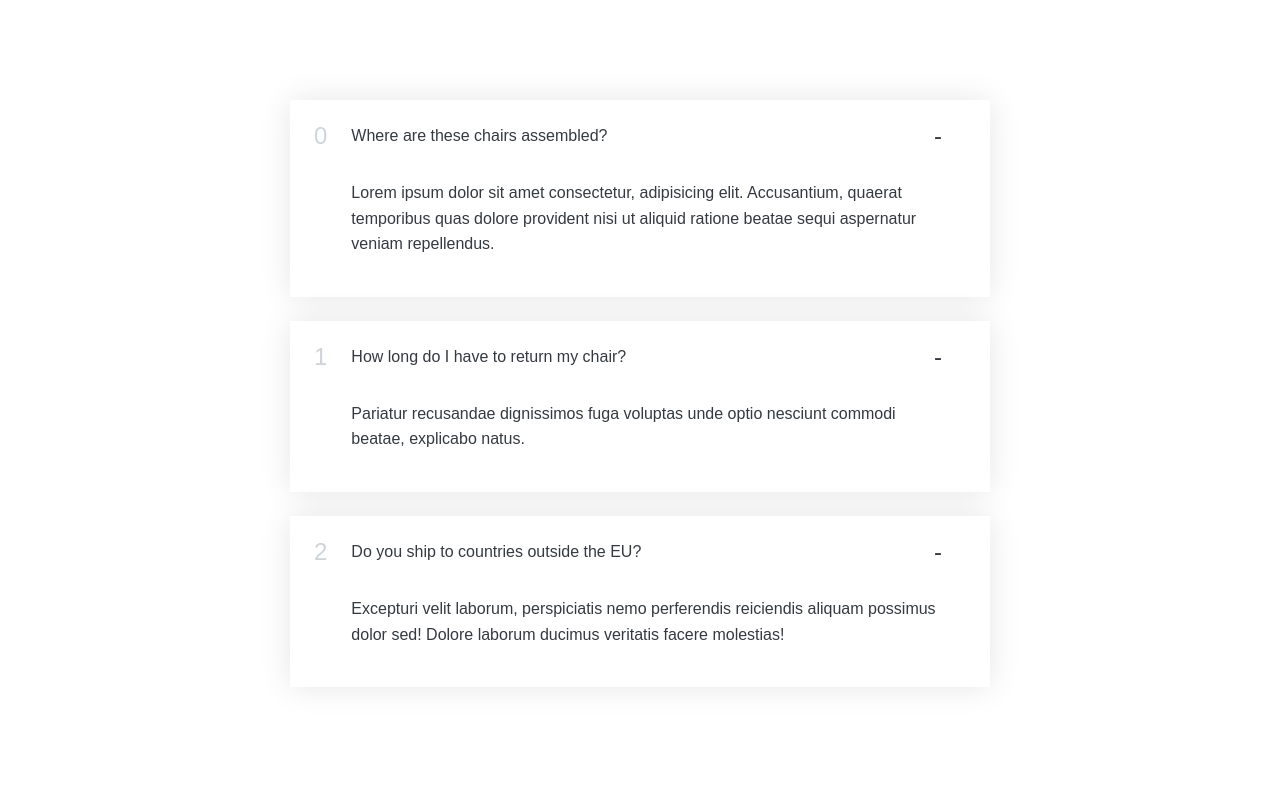
Repository: masamichan/accordion
Page: /
The author's editor kept a copy of each file at every save. The page is drawn from the files as they stood at one save, then again after the next save.
The browser window is 1280 px wide. The pictures show the whole page.
The project was rebuilt for these pictures with package versions that can differ from the ones it lists, and the page was loaded fresh each time.

Above is the page before, as saved 2024-01-09 19:40:01.

### src/App.js
import "./styles.css";

const faqs = [
  {
    title: "Where are these chairs assembled?",
    text: "Lorem ipsum dolor sit amet consectetur, adipisicing elit. Accusantium, quaerat temporibus quas dolore provident nisi ut aliquid ratione beatae sequi aspernatur veniam repellendus.",
  },
  {
    title: "How long do I have to return my chair?",
    text: "Pariatur recusandae dignissimos fuga voluptas unde optio nesciunt commodi beatae, explicabo natus.",
  },
  {
    title: "Do you ship to countries outside the EU?",
    text: "Excepturi velit laborum, perspiciatis nemo perferendis reiciendis aliquam possimus dolor sed! Dolore laborum ducimus veritatis facere molestias!",
  },
];

export default function App() {
  return (
    <div>
      <Accordion data={faqs} />
    </div>
  );
}

function Accordion({ data }) {
  return (
    <div className="accordion">
      {data.map((el, i) => (
        <AccordionItem title={el.title} text={el.text} num={i} />
      ))}
    </div>
  );
}

function AccordionItem({ num, title, text }) {
  return (
    <div className="item">
      <p className="number">{num}</p>
      <p className="text">{title}</p>
      <p className="icon">-</p>
      <div className="content-box">{text}</div>
    </div>
  );
}

Loaded but not shown: public/index.html (common file); src/index.js (common file); src/styles.css (common file)

After the next save:
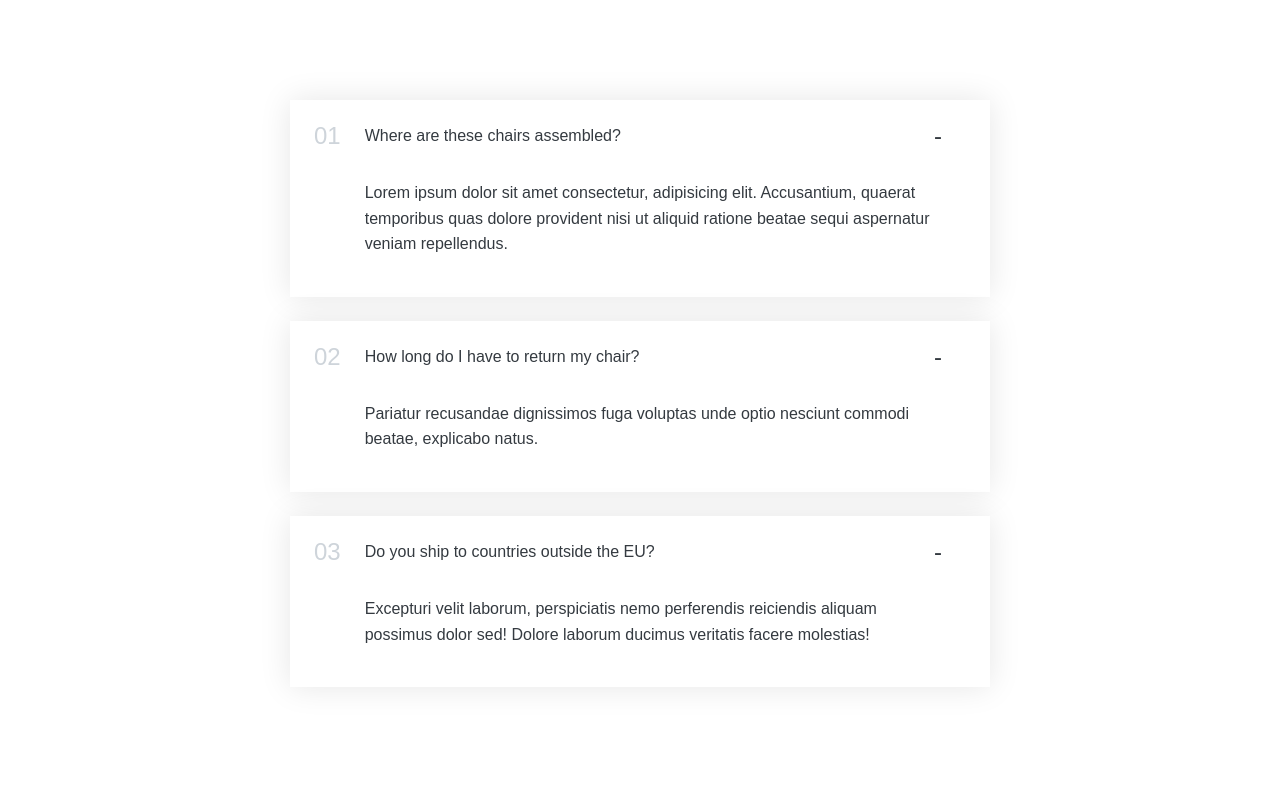
Saved 4 days later.
--- a/src/App.js
+++ b/src/App.js
@@ -36,7 +36,7 @@ function Accordion({ data }) {
 function AccordionItem({ num, title, text }) {
   return (
     <div className="item">
-      <p className="number">{num}</p>
+      <p className="number">{num < 3 ? `0${num + 1}` : num + 1}</p>
       <p className="text">{title}</p>
       <p className="icon">-</p>
       <div className="content-box">{text}</div>
